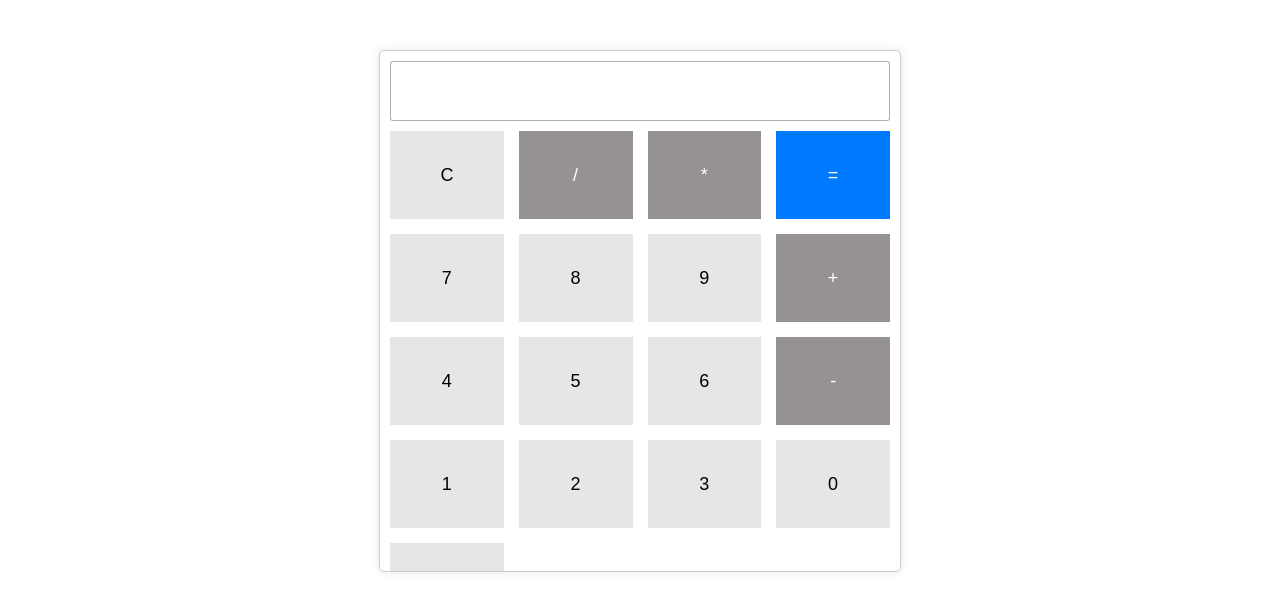
Repository: om9011/calculator
Page: index.html
These files come from the project's save history. The page is drawn as it stood at one moment and after a run of saves; the edit follows.
The browser window is 1280 px wide. The pictures show the whole page.

Above is the page before, as saved 2024-02-21 11:21:40.

After the next 2 saves:
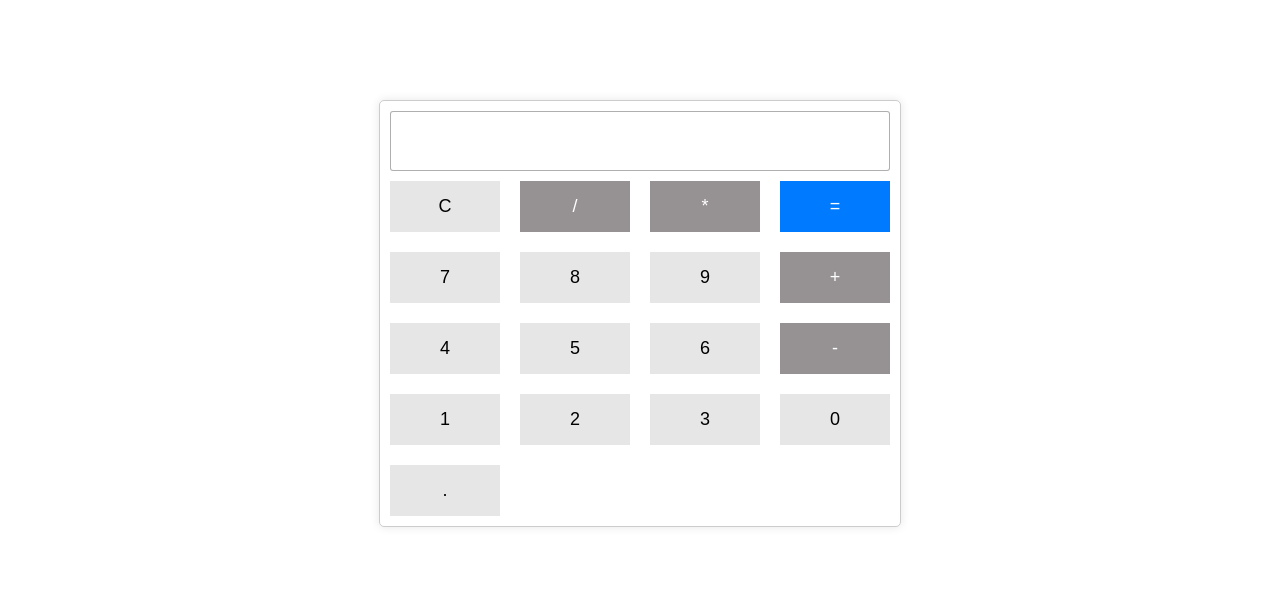
The 2 saves are shown as one change because they came seconds apart.
The last was saved 11 s later.
--- a/styles.css
+++ b/styles.css
@@ -1,12 +1,10 @@
 .calculator {
   width: 500px;
-  height: 500px;
-  margin: 50px auto;
+  margin: 100px auto;
   border: 1px solid #ccc;
   padding: 10px;
   border-radius: 5px;
   box-shadow: 0 0 10px rgba(0, 0, 0, 0.1);
-  overflow: hidden;
 }
 
 #display {
@@ -15,7 +13,7 @@
   margin-bottom: 10px;
   padding: 5px;
   font-size: 20px;
-  border: 1.5px solid rgba(77, 77, 77, 0.447);
+  border: 1.5px solid rgba(77, 77, 77, 0.447)  ;
   border-radius: 3px;
   outline: none;
 }
@@ -23,8 +21,7 @@
 .buttons {
   display: grid;
   grid-template-columns: repeat(4, 1fr);
-  gap: 15px;
-  height: 100%;
+  gap: 20px;
 }
 
 button {
